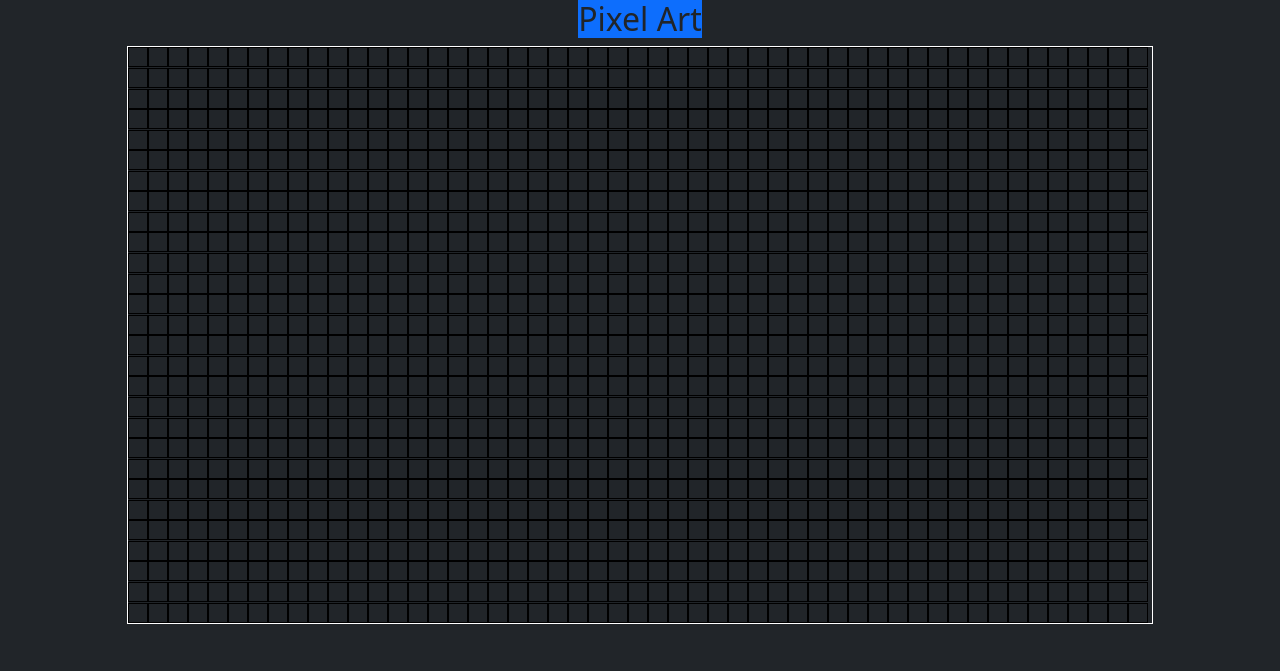
Repository: bechara611/pixelartdb
Page: /
An editor plug-in stored every save of this project. The page is shown before and after the next save, followed by the edit.
The browser window is 1280 px wide. The pictures show the whole page.
The project was rebuilt for these pictures with package versions that can differ from the ones it lists, and the page was loaded fresh each time. Also part of the build but not shown: vite.config.js.

Above is the page before, as saved 2023-03-06 13:52:39.

After the next save:
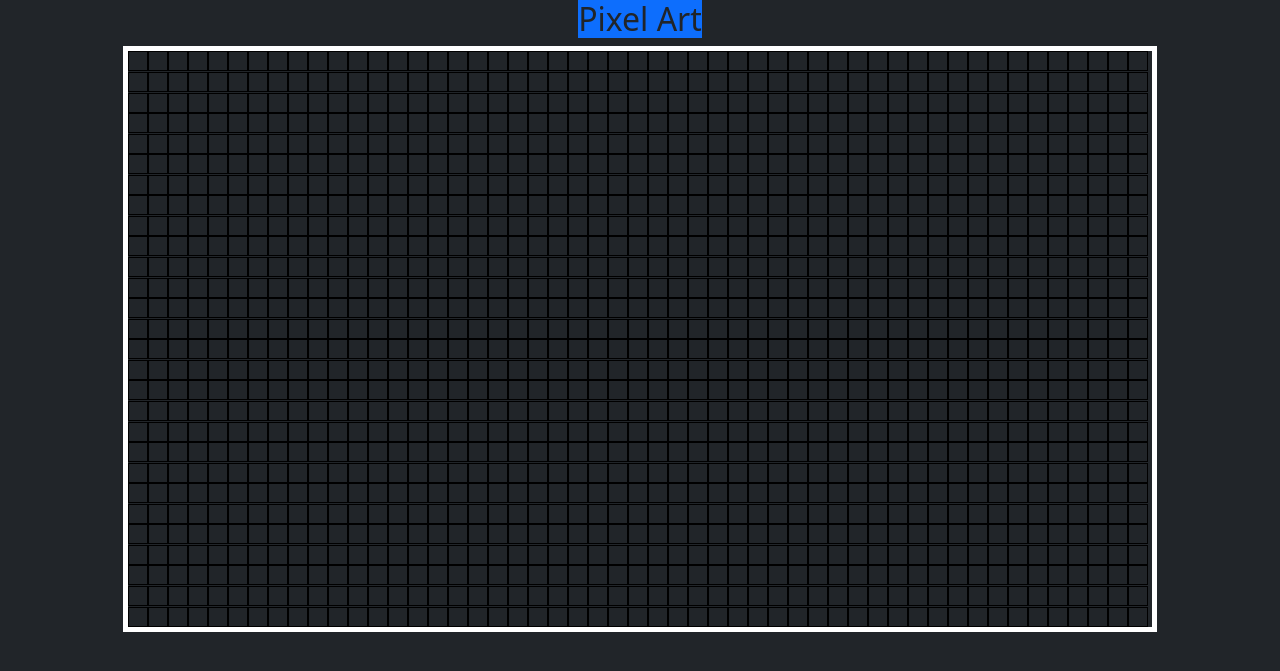
Saved 9 s later.
--- a/src/App.css
+++ b/src/App.css
@@ -2,7 +2,7 @@
   height: 100vh;
 }
 .contorno{
-  border: 1px solid white;
+  border: 5px solid white;
 }
 
 .contenedor-mayor{
